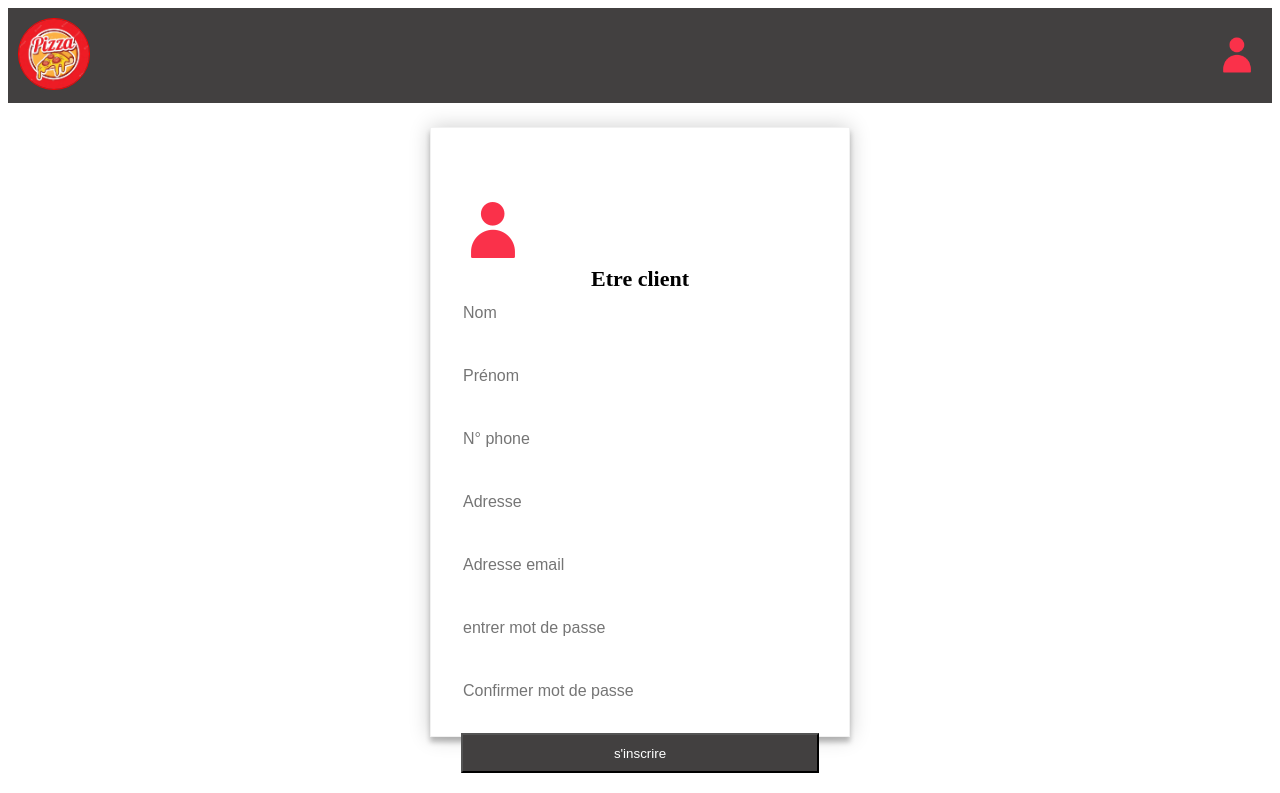
Repository: mlaminebah/PizzaWeb
Page: http://localhost/pizzaweb/Sinscrire
The author's editor kept a copy of each file at every save. The page is drawn from the files as they stood at one save, then again after the next save.
The browser window is 1280 px wide. The pictures show the whole page.
The page is served by Tomcat 9.

Above is the page before, as saved 2022-03-21 18:52:31.

After the next save:
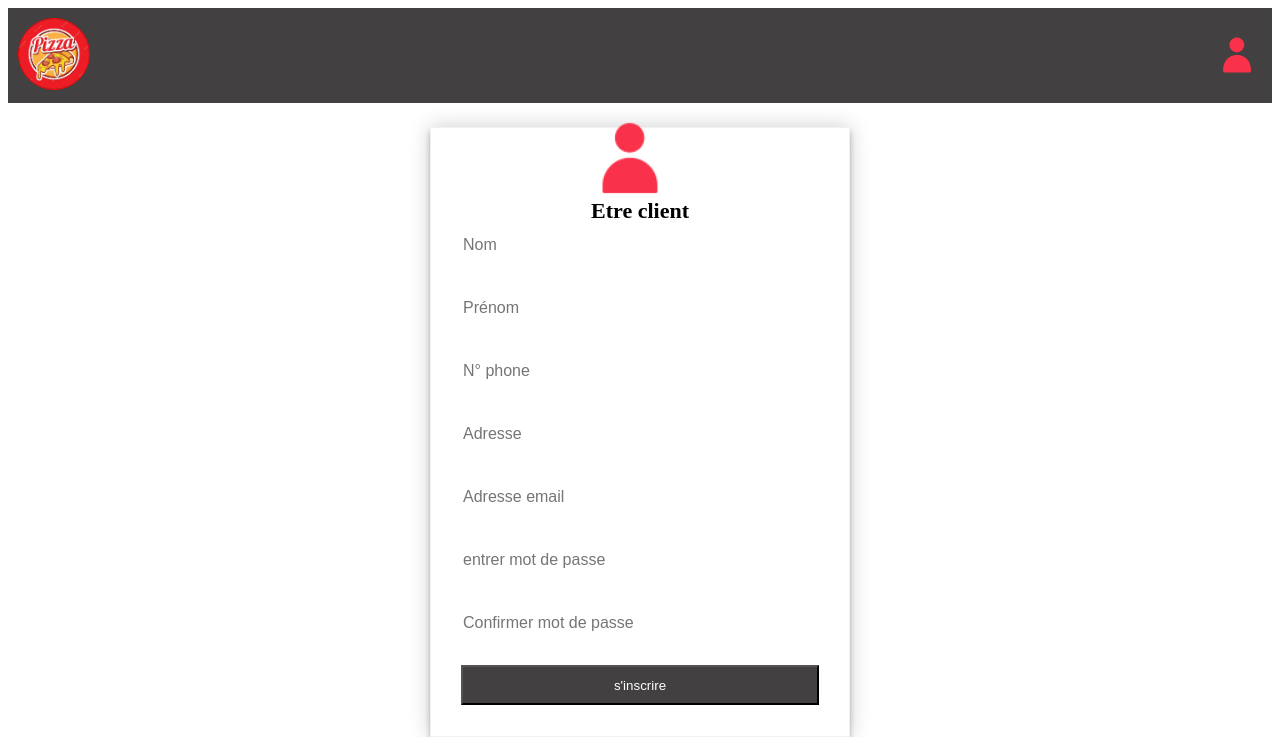
Saved 2 min 6 s later.
--- a/PizzaWeb/pizzaweb/src/main/webapp/sinscrire.jsp
+++ b/PizzaWeb/pizzaweb/src/main/webapp/sinscrire.jsp
@@ -2,7 +2,7 @@
     pageEncoding="UTF-8"%>
 <%@ include file="header.jsp" %>
 		<section class="signup">
-	        <img src="images/user.png" alt="profil" class="profile">
+	        <img src="images/user.png" alt="profil" class="profil">
 	        <h1 class="sinscrire">Etre client</h1>
 	        <input type="text" placeholder="Nom" class="sig">
 	        <input type="text" placeholder="Prénom" class="sig">
